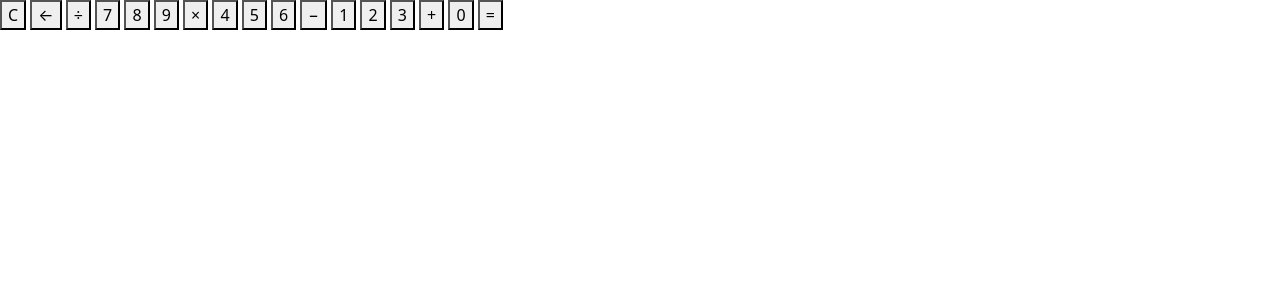
Repository: jgramirez0210/LAB-calculator
Page: index.html
An editor plug-in stored every save of this project. The page is shown before and after a run of saves, followed by the edit.
The browser window is 1280 px wide. The pictures show the whole page.

Above is the page before, as saved 2023-10-10 20:31:05.

After the next 2 saves:
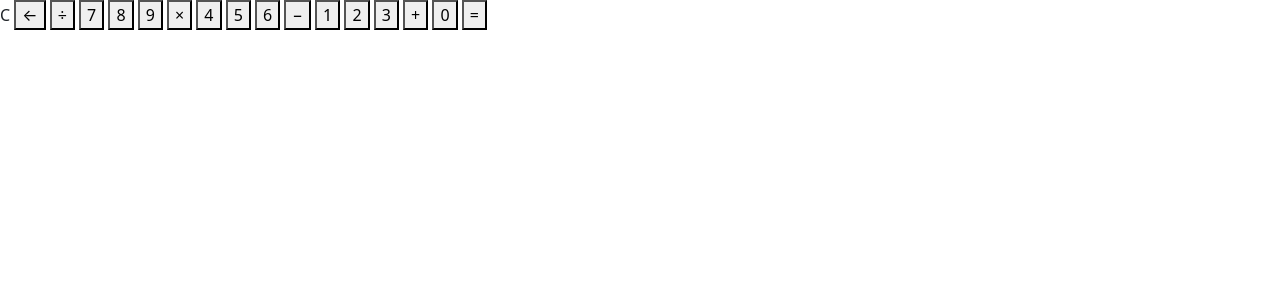
The 2 saves are shown as one change because they came seconds apart.
The last was saved 6 s later.
--- a/index.html
+++ b/index.html
@@ -9,7 +9,7 @@
 </head>
 <body>
   <div class="calculator-wrapper"></div>
-    <dic0</h1>
+    <div class="0</h1>
     <button id="clear-btn">C</button>
     <button id="back-btn">←</button>
     <button id="divide-btn">÷</button>

After the 2 saves that followed:
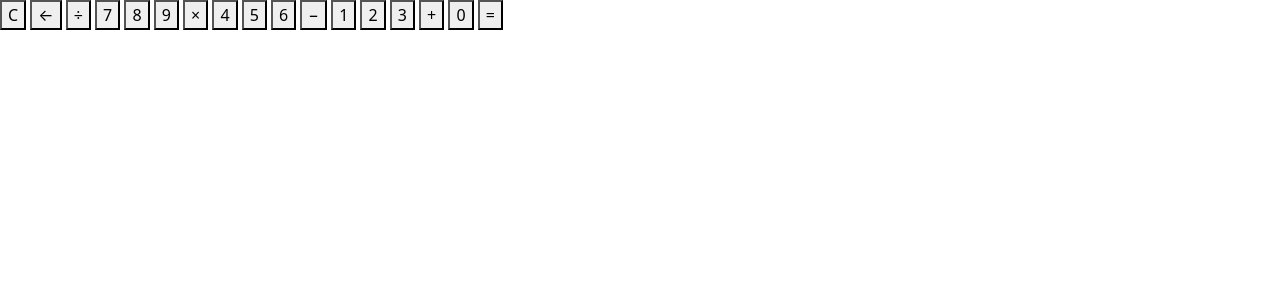
The 2 saves are shown as one change because they came seconds apart.
The last was saved 7 s later.
--- a/index.html
+++ b/index.html
@@ -9,7 +9,7 @@
 </head>
 <body>
   <div class="calculator-wrapper"></div>
-    <div class="0</h1>
+    <div class="display"0</h1>
     <button id="clear-btn">C</button>
     <button id="back-btn">←</button>
     <button id="divide-btn">÷</button>
